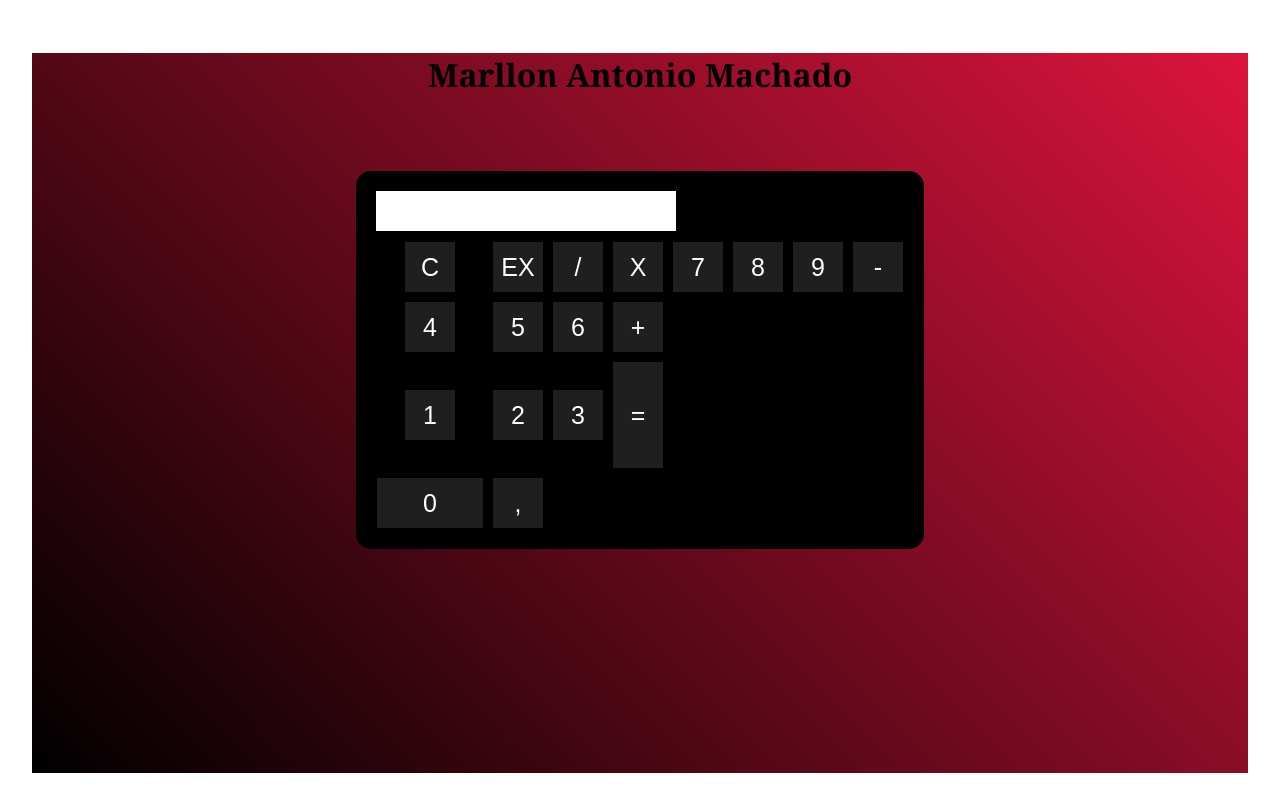
Repository: marllon-hetzler/calculadora.js
Page: interface.html
An editor plug-in stored every save of this project. The page is shown before and after the next save, followed by the edit.
The browser window is 1280 px wide. The pictures show the whole page.

Above is the page before, as saved 2022-11-04 19:53:33.

### interface.html
<!DOCTYPE html>
<html lang="en">
<head>
    <meta charset="UTF-8">
    <meta http-equiv="X-UA-Compatible" content="IE=edge">
    <meta name="viewport" content="width=, initial-scale=1.0">
    <title>Document</title>
</head>

    <style>
        body{
            margin: 1rem;
            padding: 1rem;
        }
        .fundo{
            background-image:linear-gradient(45deg,black,crimson);
            height:100vh;
            color: #fff;
            font-family: Georgia, 'Times New Roman', Times, serif;
            font-weight: bold;
            text-align: center;

        }
        .calculadora{
            position:absolute;
            background-color: rgba(0,0,0.8);
            top:50%;
            left: 50%;
            transform:translate(-50%,-50%) ;
            border-radius: 15px;
            padding: 15px;


        }
        .botao{
            width: 50px;
            height: 50px;
            font-size: 25px;
            cursor:pointer;
            background-color: rgb(31,31,31) ;
            border: none;
            color:#fff;
            margin: 3px;

            }
        .botao:hover{
            background-color: darkgray;
        }
        h1{color: black;}
        #resultado{
            background-color: white;
            width: 290px;
            height: 30px;
            margin: 5px;
            font-size: 25px;
            color: black;
            text-align: right;
            padding: 5px;
        }

    </style>
<body>


<div class="fundo">

    <h1>Marllon Antonio Machado</h1>
    <div class="calculadora">
        <p id="resultado"></p>
        <table>
            <tr>
                <td><button class ="botao" onclick="clean()">C</button></td>
                <td><button class ="botao" onclick="back()">EX</button></td>
                <td><button class ="botao" onclick="insert('/')">/</button></td>
                <td><button class ="botao" onclick="insert('*')">X</button></td>

                <td><button class ="botao" onclick="insert('7')">7</button></td>
                <td><button class ="botao" onclick="insert('8')">8</button></td>
                <td><button class ="botao" onclick="insert('9')">9</button></td>
                <td><button class ="botao" onclick="insert('-')">-</button></td>
            </tr>
            <tr>
                <td><button class ="botao" onclick="insert('4')">4</button></td>
                <td><button class ="botao" onclick="insert('5')">5</button></td>
                <td><button class ="botao" onclick="insert('6')">6</button></td>
                <td><button class ="botao" onclick="insert('+')">+</button></td>
            </tr>
            <tr>
                <td><button class ="botao" onclick="insert('1')">1</button></td>
                <td><button class ="botao" onclick="insert('2')">2</button></td>
                <td><button class ="botao" onclick="insert('3')">3</button></td>
                <td><button class ="botao" style="height:106px;" onclick="calcular()">=</button></td>
            </tr>
            <tr>
                <td><button class ="botao" style="width:106px ;" onclick="insert('0')">0</button></td>
                <td><button class ="botao" onclick="insert(',')">,</button></td>
            </tr>
        </table>
    </div>
    </div>
    <script>
        function insert(num)
        {
            var numero = document.getElementById('resultado').innerHTML;
            document.getElementById('resultado').innerHTML = numero + num;
        }
        function clean()
        {
            document.getElementById('resultado').innerHTML = "";
        }
        function back()
        {
            var resultado = document.getElementById('resultado').innerHTML;
            document.getElementById('resultado').innerHTML = resultado.substring(0, resultado.length -1);
        }
        function calcular()
        {
            var resultado = document.getElementById('resultado').innerHTML;
            if(resultado)
            {
                document.getElementById('resultado').innerHTML = eval(resultado);
            }
            else
            {
                document.getElementById('resultado').innerHTML = "Nada..."
            }
        }
    </script>
</body>
</html>

After the next save:
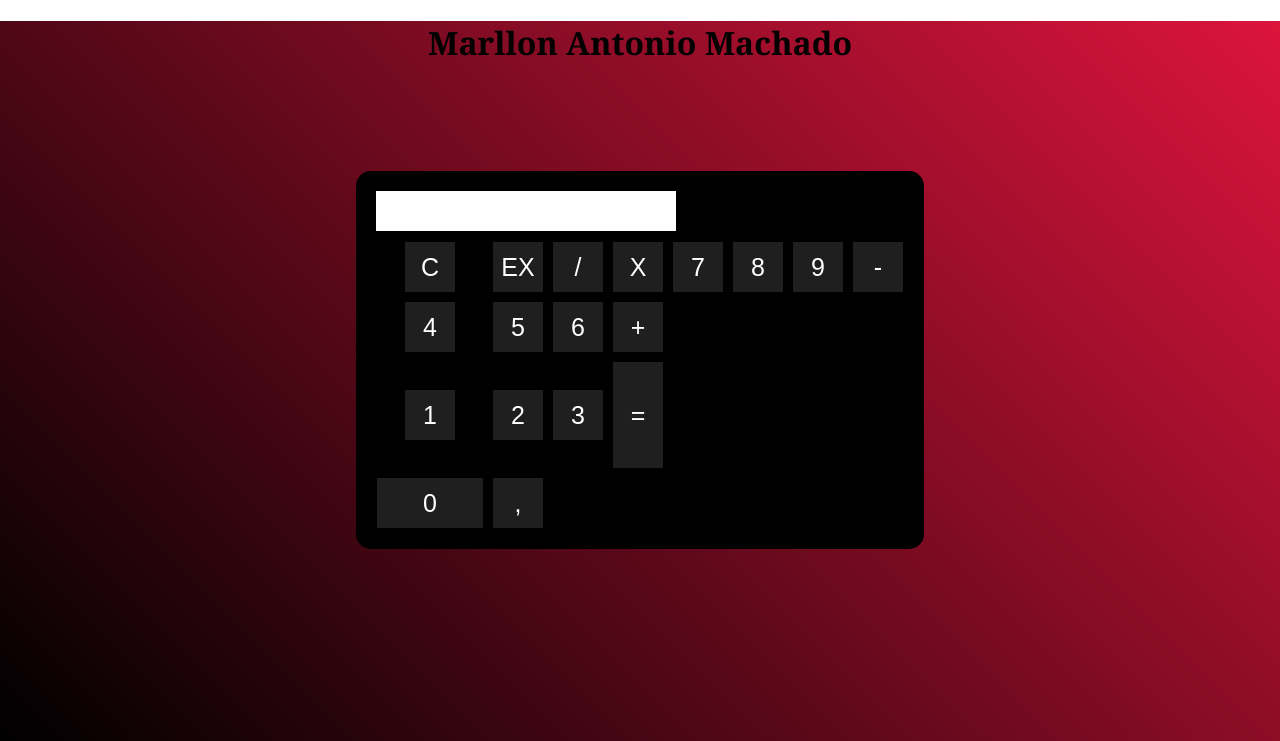
Saved 75 s later.
--- a/interface.html
+++ b/interface.html
@@ -9,8 +9,8 @@
 
     <style>
         body{
-            margin: 1rem;
-            padding: 1rem;
+            margin: 0;
+            padding: 0;
         }
         .fundo{
             background-image:linear-gradient(45deg,black,crimson);
